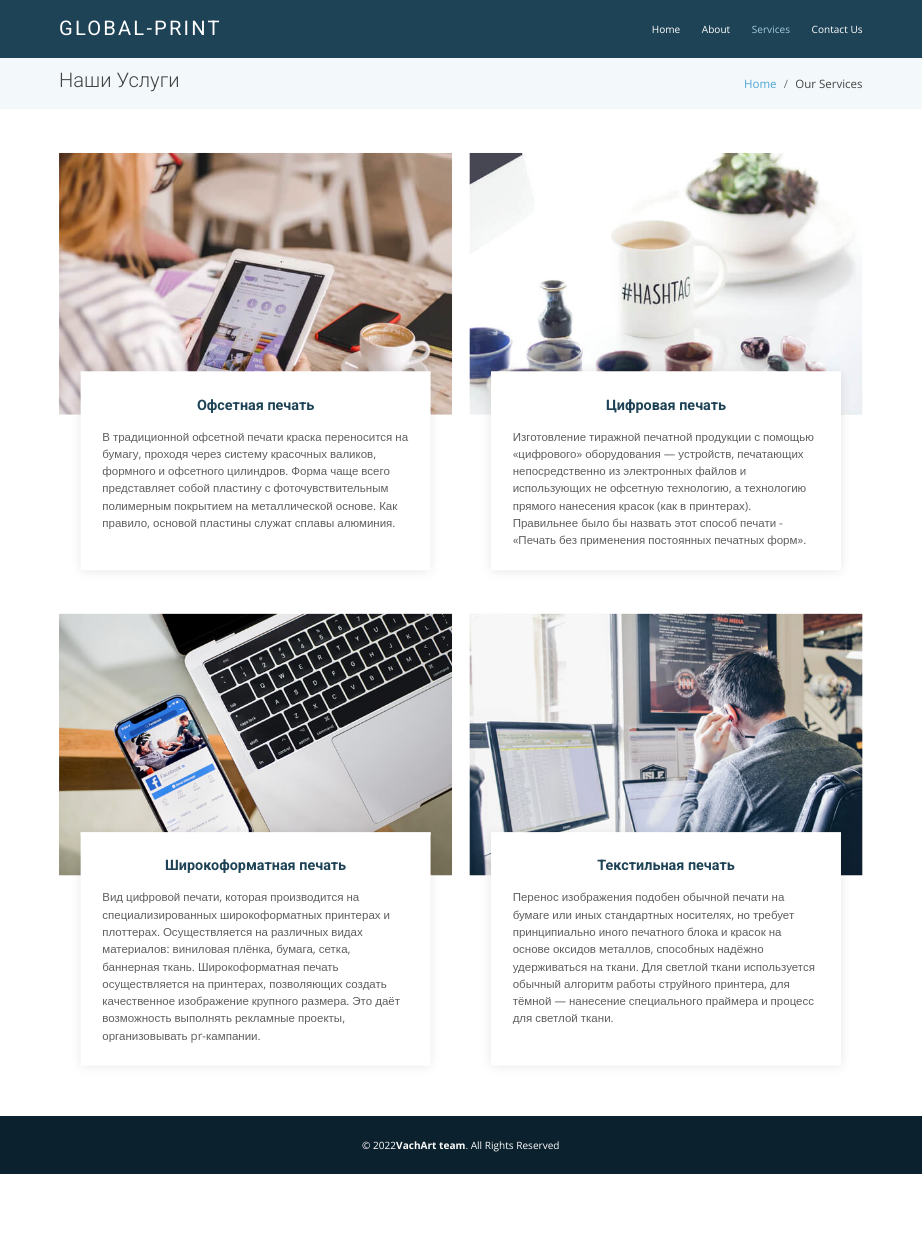
Repository: VachArt/Global-print
Page: services.html
An editor plug-in stored every save of this project. The page is shown before and after a run of saves, followed by the edit.
The browser window is 1280 px wide. The pictures show the whole page, at 72% of full size.

Above is the page before, as saved 2022-06-14 12:01:26.

### services.html
<!DOCTYPE html>
<html lang="en">

<head>
  <meta charset="utf-8">
  <meta content="width=device-width, initial-scale=1.0" name="viewport">

  <title>GlobalPrint</title>
  <meta content="" name="description">
  <meta content="" name="keywords">


  <!-- Google Fonts -->
  <link href="https://fonts.googleapis.com/css?family=Open+Sans:300,300i,400,400i,600,600i,700,700i|Roboto:300,300i,400,400i,500,500i,700,700i&display=swap" rel="stylesheet">

  <!-- Vendor CSS Files -->
  <link href="assets/vendor/animate.css/animate.min.css" rel="stylesheet">
  <link href="assets/vendor/aos/aos.css" rel="stylesheet">
  <link href="assets/vendor/bootstrap/css/bootstrap.min.css" rel="stylesheet">
  <link href="assets/vendor/bootstrap-icons/bootstrap-icons.css" rel="stylesheet">
  <link href="assets/vendor/boxicons/css/boxicons.min.css" rel="stylesheet">
  <link href="assets/vendor/glightbox/css/glightbox.min.css" rel="stylesheet">
  <link href="assets/vendor/swiper/swiper-bundle.min.css" rel="stylesheet">

  <!-- Template Main CSS File -->
  <link href="assets/css/style.css" rel="stylesheet">

</head>

<body>

  <!-- ======= Header ======= -->
  <header id="header" class="fixed-top d-flex align-items-center ">
    <div class="container d-flex justify-content-between align-items-center">

      <div class="logo">
        <h1 class="text-light"><a href="index.html"><span>Global-Print</span></a></h1>
        <!-- Uncomment below if you prefer to use an image logo -->
        <!-- <a href="index.html"><img src="assets/img/logo.png" alt="" class="img-fluid"></a>-->
      </div>

      <nav id="navbar" class="navbar">
        <ul>
          <li><a class="" href="index.html">Home</a></li>
          <li><a href="about.html">About</a></li>
          <li><a class="active" href="services.html">Services</a></li>
          <li><a href="contact.html">Contact Us</a></li>
        </ul>
        <i class="bi bi-list mobile-nav-toggle"></i>
      </nav><!-- .navbar -->

    </div>
  </header><!-- End Header -->

  <main id="main">

    <!-- ======= Our Services Section ======= -->
    <section class="breadcrumbs">
      <div class="container">

        <div class="d-flex justify-content-between align-items-center">
          <h2>Наши Услуги</h2>
          <ol>
            <li><a href="index.html">Home</a></li>
            <li>Our Services</li>
          </ol>
        </div>

      </div>
    </section><!-- End Our Services Section -->



    <!-- ======= Service Details Section ======= -->
    <section class="service-details">
      <div class="container">

        <div class="row">
          <div class="col-md-6 d-flex align-items-stretch" data-aos="fade-up">
            <div class="card">
              <div class="card-img">
                <img src="assets/img/service-details-1.jpg" alt="...">
              </div>
              <div class="card-body">
                <h5 class="card-title"><a href="#">Офсетная печать</a></h5>
                <p class="card-text">В традиционной офсетной печати краска переносится на бумагу, проходя через систему красочных валиков, формного и офсетного цилиндров. Форма чаще всего представляет собой пластину с фоточувствительным полимерным покрытием на металлической основе. Как правило, основой пластины служат сплавы алюминия.</p>
              </div>
            </div>
          </div>
          <div class="col-md-6 d-flex align-items-stretch" data-aos="fade-up">
            <div class="card">
              <div class="card-img">
                <img src="assets/img/service-details-2.jpg" alt="...">
              </div>
              <div class="card-body">
                <h5 class="card-title"><a href="#">Цифровая печать</a></h5>
                <p class="card-text">Изготовление тиражной печатной продукции с помощью «цифрового» оборудования — устройств, печатающих непосредственно из электронных файлов и использующих не офсетную технологию, а технологию прямого нанесения красок (как в принтерах). Правильнее было бы назвать этот способ печати - «Печать без применения постоянных печатных форм».</p>
              </div>
            </div>

          </div>
          <div class="col-md-6 d-flex align-items-stretch" data-aos="fade-up">
            <div class="card">
              <div class="card-img">
                <img src="assets/img/service-details-3.jpg" alt="...">
              </div>
              <div class="card-body">
                <h5 class="card-title"><a href="#">Широкоформатная печать</a></h5>
                <p class="card-text">Вид цифровой печати, которая производится на специализированных широкоформатных принтерах и плоттерах. Осуществляется на различных видах материалов: виниловая плёнка, бумага, сетка, баннерная ткань. Широкоформатная печать осуществляется на принтерах, позволяющих создать качественное изображение крупного размера. Это даёт возможность выполнять рекламные проекты, организовывать pr-кампании.</p>
              </div>
            </div>
          </div>
          <div class="col-md-6 d-flex align-items-stretch" data-aos="fade-up">
            <div class="card">
              <div class="card-img">
                <img src="assets/img/service-details-4.jpg" alt="...">
              </div>
              <div class="card-body">
                <h5 class="card-title"><a href="#">Текстильная печать</a></h5>
                <p class="card-text">Перенос изображения подобен обычной печати на бумаге или иных стандартных носителях, но требует принципиально иного печатного блока и красок на основе оксидов металлов, способных надёжно удерживаться на ткани. Для светлой ткани используется обычный алгоритм работы струйного принтера, для тёмной — нанесение специального праймера и процесс для светлой ткани.</p>
              </div>
            </div>
          </div>
        </div>

      </div>
    </section><!-- End Service Details Section -->


  </main><!-- End #main -->

  <!-- ======= Footer ======= -->
  <footer id="footer" data-aos="fade-up" data-aos-easing="ease-in-out" data-aos-duration="500">

    <div class="container">
      <div class="copyright">
        &copy; 2022<strong><span>VachArt team</span></strong>. All Rights Reserved
      </div>
    </div>
  </footer><!-- End Footer -->

  <a href="#" class="back-to-top d-flex align-items-center justify-content-center"><i class="bi bi-arrow-up-short"></i></a>

  <!-- Vendor JS Files -->
  <script src="assets/vendor/purecounter/purecounter.js"></script>
  <script src="assets/vendor/aos/aos.js"></script>
  <script src="assets/vendor/bootstrap/js/bootstrap.bundle.min.js"></script>
  <script src="assets/vendor/glightbox/js/glightbox.min.js"></script>
  <script src="assets/vendor/isotope-layout/isotope.pkgd.min.js"></script>
  <script src="assets/vendor/swiper/swiper-bundle.min.js"></script>
  <script src="assets/vendor/waypoints/noframework.waypoints.js"></script>
  <script src="assets/vendor/php-email-form/validate.js"></script>

  <!-- Template Main JS File -->
  <script src="assets/js/main.js"></script>

</body>

</html>

Loaded but not shown: assets/vendor/animate.css/animate.min.css (library); assets/vendor/aos/aos.css (library); assets/vendor/bootstrap/css/bootstrap.min.css (library); assets/vendor/bootstrap-icons/bootstrap-icons.css (library); assets/vendor/boxicons/css/boxicons.min.css (library); assets/vendor/glightbox/css/glightbox.min.css (library); assets/vendor/swiper/swiper-bundle.min.css (library); assets/vendor/purecounter/purecounter.js (library); assets/vendor/aos/aos.js (library); assets/vendor/bootstrap/js/bootstrap.bundle.min.js (library); assets/vendor/glightbox/js/glightbox.min.js (library); assets/vendor/isotope-layout/isotope.pkgd.min.js (library); assets/vendor/swiper/swiper-bundle.min.js (library); assets/vendor/waypoints/noframework.waypoints.js (library); assets/vendor/php-email-form/validate.js (common file); assets/js/main.js (225 lines, source omitted); assets/css/style.css (1939 lines, source omitted)

After the next 2 saves:
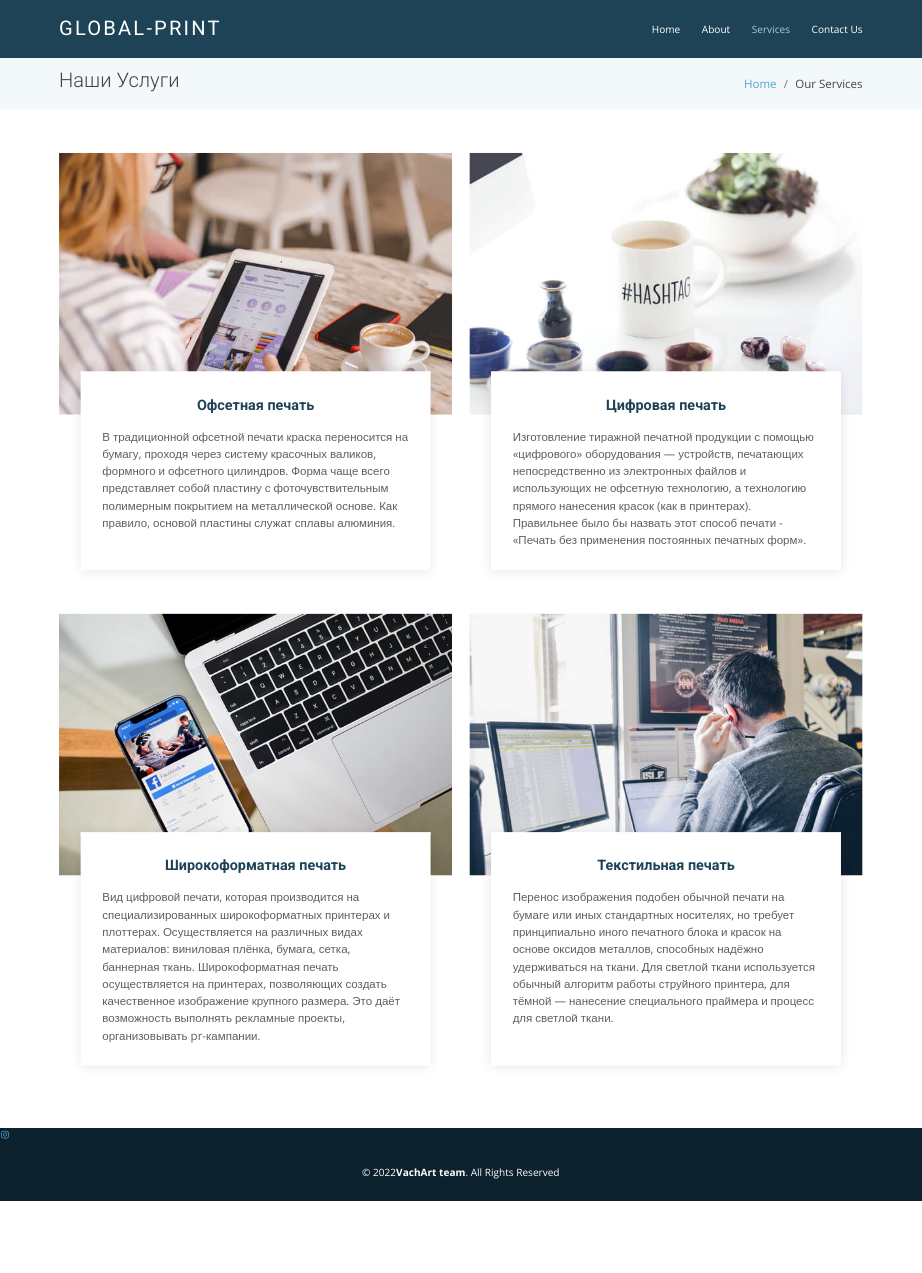
The 2 saves are shown as one change because they came seconds apart.
The last was saved 39 s later.
--- a/services.html
+++ b/services.html
@@ -131,7 +131,9 @@
 
   <!-- ======= Footer ======= -->
   <footer id="footer" data-aos="fade-up" data-aos-easing="ease-in-out" data-aos-duration="500">
-
+    <div class="social-links mt-3">
+      <a href="https://www.instagram.com/global_print_kg_official/" class="instagram"><i class="bx bxl-instagram"></i></a>
+    </div>
     <div class="container">
       <div class="copyright">
         &copy; 2022<strong><span>VachArt team</span></strong>. All Rights Reserved

After the save that followed:
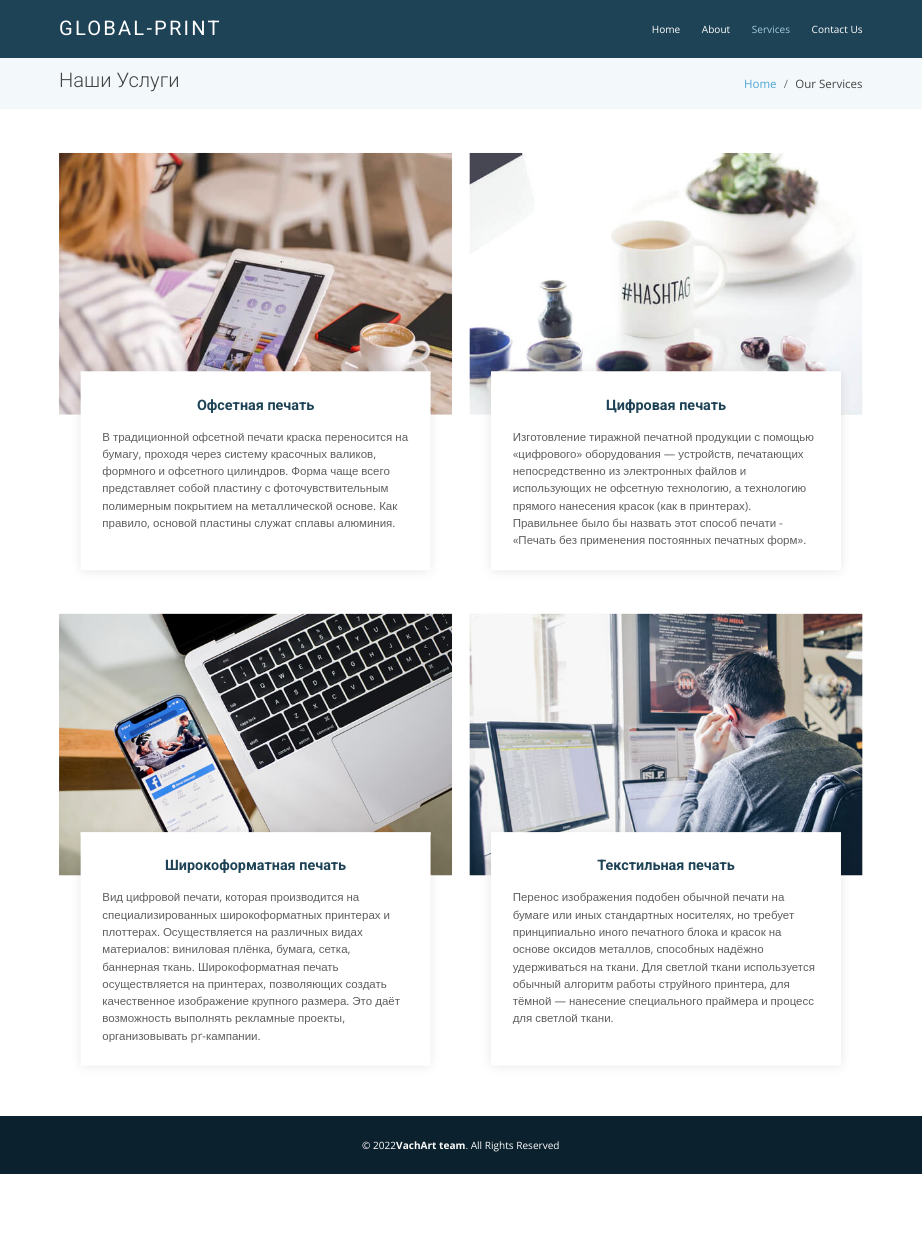
Saved 15 s later.
--- a/services.html
+++ b/services.html
@@ -131,9 +131,6 @@
 
   <!-- ======= Footer ======= -->
   <footer id="footer" data-aos="fade-up" data-aos-easing="ease-in-out" data-aos-duration="500">
-    <div class="social-links mt-3">
-      <a href="https://www.instagram.com/global_print_kg_official/" class="instagram"><i class="bx bxl-instagram"></i></a>
-    </div>
     <div class="container">
       <div class="copyright">
         &copy; 2022<strong><span>VachArt team</span></strong>. All Rights Reserved
